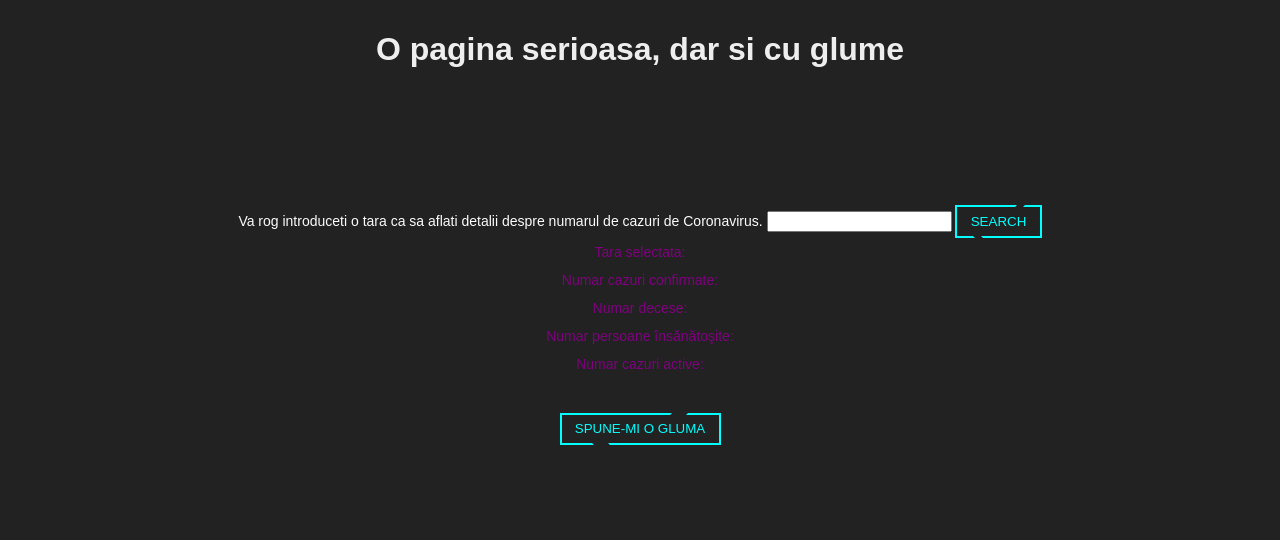
Repository: vladturturica97/proiect-cc2
Page: server/frontend/index.html
The author's editor kept a record of every edit. The page is drawn from the files as they stood at one moment, then again after the next edit.
The browser window is 1280 px wide. The pictures show the whole page.

Above is the page before.

### server/frontend/index.html
<html>
<head>
    <style type="text/css">
        body {
            display: flex;
          flex-direction: column;
          height: 93vh;
          justify-content: center;
          align-items: center;
          background: #222;
          color: #eee;
          font-family: "Dosis", sans-serif;

        }

        .spoiler, .spoiler2{
            color: black;
            background-color:black;
        }

        .spoiler:hover{
            color: white;
        }

        .spoiler2:hover {
            background-color:white;
        }
        .underlined-a {
              text-decoration: none;
              color: aqua;
              padding-bottom: 0.15em;
              box-sizing: border-box;
              box-shadow: inset 0 -0.2em 0 aqua;
              transition: 0.2s;
        }
        .underlined-a:hover {
            color: #222;
            box-shadow: inset 0 -2em 0 aqua;
            transition: all 0.45s cubic-bezier(0.86, 0, 0.07, 1);
        }

        .brk-btn {
  position: relative;
  background: none;
  color: aqua;
  text-transform: uppercase;
  text-decoration: none;
  border: 0.2em solid aqua;
  padding: 0.5em 1em;

    }


  .brk-btn:before {
    content: "";
    display: block;
    position: absolute;
    width: 10%;
    background: #222;
    height: 0.3em;
    right: 20%;
    top: -0.21em;
    transform: skewX(-45deg);
    -webkit-transition: all 0.45s cubic-bezier(0.86, 0, 0.07, 1);
    transition: all 0.45s cubic-bezier(0.86, 0, 0.07, 1);
  }
  .brk-btn:after {
    content: "";
    display: block;
    position: absolute;
    width: 10%;
    background: #222;
    height: 0.3em;
    left: 20%;
    bottom: -0.25em;
    transform: skewX(45deg);
    -webkit-transition: all 0.45 cubic-bezier(0.86, 0, 0.07, 1);
    transition: all 0.45s cubic-bezier(0.86, 0, 0.07, 1);
  }
  .brk-btn:hover::before {
      right: 80%;
    }
   .brk-btn:hover::after {
      left: 80%;
    }

    p {
	font-size: 14;
	font-weight: 400;
	line-height: 2;
	margin-bottom: 1.5em;
	color: #fcfcfc;
	text-align: center;
    }
    /*h1 {
	font-size: calc(2.8em + 2.6vw);
	font-weight: 700;
	letter-spacing: .01em;
	padding: 10rem 0 0 4.5rem;
	text-shadow: .022em .022em .022em #111;
	color: #fff;
    }*/
    header {
    position: absolute;
      left: 50%;
      top: 50px;
      transform: translate(-50%, -50%);
      width: 600px;
      text-align: center;
    }
  </style>
</head>
<header><h1>O pagina serioasa, dar si cu glume</h1></header>
<body>


<script>
    function isEmpty(obj) {
        for(var key in obj) {
            if(obj.hasOwnProperty(key))
                return false;
            }
                return true;
    }

    function readCovidJson(){
            if(this.readyState == 4 && this.status == 200){
                var jsonn = JSON.parse(this.responseText);
                if(isEmpty(jsonn)){
                    window.alert("Tara invalida");
                }
                else {
                    var lastElement = jsonn[jsonn.length-1];
                    var country = lastElement.Country;
                    document.getElementById('country').innerHTML = country;

                    var confirmed = lastElement.Confirmed;
                    document.getElementById('confirmed').innerHTML = confirmed;

                    var deaths = lastElement.Deaths;
                    document.getElementById('deaths').innerHTML = deaths;

                    var recovered = lastElement.Recovered;
                    document.getElementById('recovered').innerHTML = recovered;

                    var active = lastElement.Active;
                    document.getElementById('active').innerHTML = active;
                }
            }
    }

    function importCountry(){
        var countryInput = document.getElementById("countryInput").value;

        var xhr = new XMLHttpRequest();
        xhr.overrideMimeType("application/json");
        xhr.onreadystatechange = readCovidJson;
        xhr.open("POST", "/country", true);
        xhr.setRequestHeader('Content-Type', 'application/json;charset=UTF-8');
        xhr.send(JSON.stringify({country: countryInput}));
        console.log(xhr);

    }

    function readJoke(){
            if(this.readyState == 4 && this.status == 200){
                var jsonn = JSON.parse(this.responseText);
                var jokeSetup = jsonn[0].setup;
                document.getElementById('jokeSetup').innerHTML = jokeSetup;

                var jokePunchline = jsonn[0].punchline;
                document.getElementById('jokePunchline').innerHTML = jokePunchline;
                }
    }

    function importJoke(){
        var xhr = new XMLHttpRequest();
        xhr.overrideMimeType("application/json");
        xhr.onreadystatechange = readJoke;
        xhr.open("POST", "/joke", true);
        xhr.setRequestHeader('Content-Type', 'application/json;charset=UTF-8');
        xhr.send(null);
    }
</script>

<p>
Va rog introduceti o tara ca sa aflati detalii despre numarul de cazuri de Coronavirus.
<input type="text" id="countryInput" name="search">
<button onclick="importCountry()" class="brk-btn">Search</button><br>

        <label style="color:purple" > Tara selectata: </label>
        <label id="country" class="underlined-a">  </label><br>
        <label style="color:purple" > Numar cazuri confirmate: </label>
        <label id="confirmed" class="underlined-a">  </label><br>
        <label style="color:purple" > Numar decese: </label>
        <label id="deaths" class="underlined-a">  </label><br>
        <label style="color:purple"> Numar persoane însănătoşite: </label>
        <label id="recovered" class="underlined-a">  </label><br>
        <label style="color:purple"> Numar cazuri active: </label>
        <label id="active" class="underlined-a" >  </label><br>
    </p>

    <p>
        <button onclick="importJoke()" class="brk-btn">Spune-mi o gluma</button><br>
        <label id="jokeSetup"> </label><br>
        <span class="spoiler2"> <label id="jokePunchline">              </label> </span>
    </p>
</body>
</html>

After the next edit:
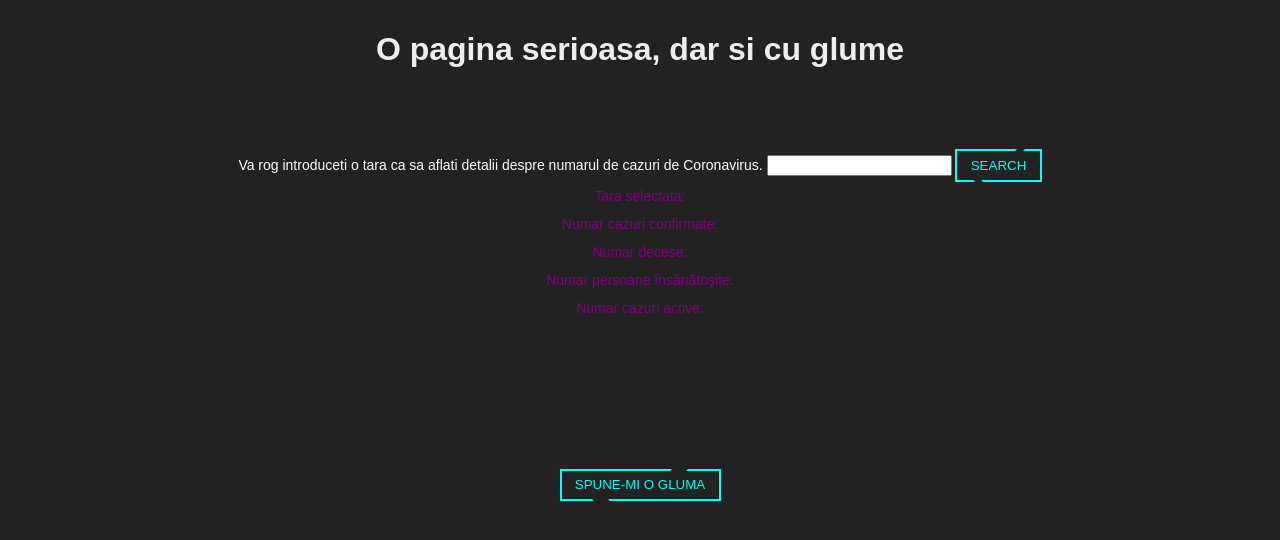
The edit:
--- a/server/frontend/index.html
+++ b/server/frontend/index.html
@@ -197,7 +197,7 @@
         <label style="color:purple"> Numar persoane însănătoşite: </label>
         <label id="recovered" class="underlined-a">  </label><br>
         <label style="color:purple"> Numar cazuri active: </label>
-        <label id="active" class="underlined-a" >  </label><br>
+        <label id="active" class="underlined-a" >  </label><br><br><br><br><br>
     </p>
 
     <p>
